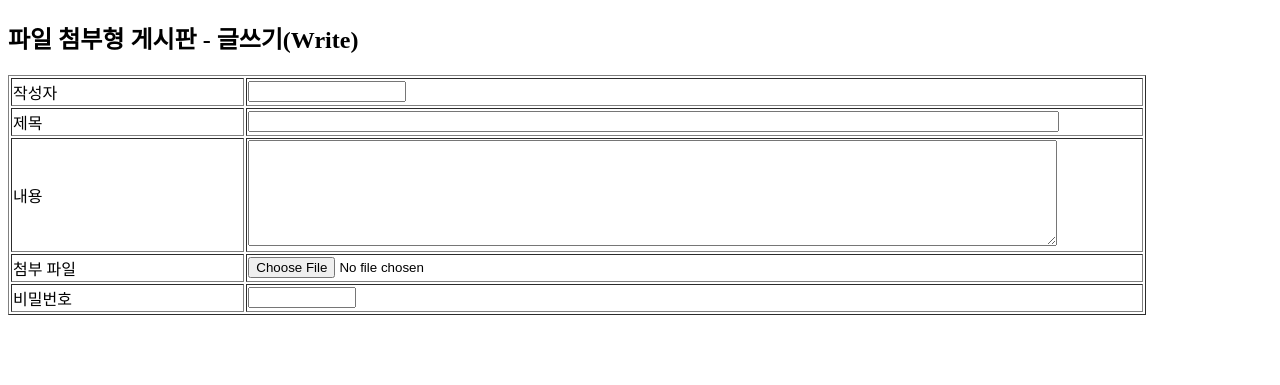
Repository: Suminmer/JSP-practice
Page: http://localhost/MustHaveJSP/mvcboard/write.do
An editor plug-in stored every save of this project. The page is shown before and after the next save, followed by the edit.
The browser window is 1280 px wide. The pictures show the whole page.
The page is served by Tomcat 9.

Above is the page before, as saved 2022-04-29 06:18:00.

After the next save:
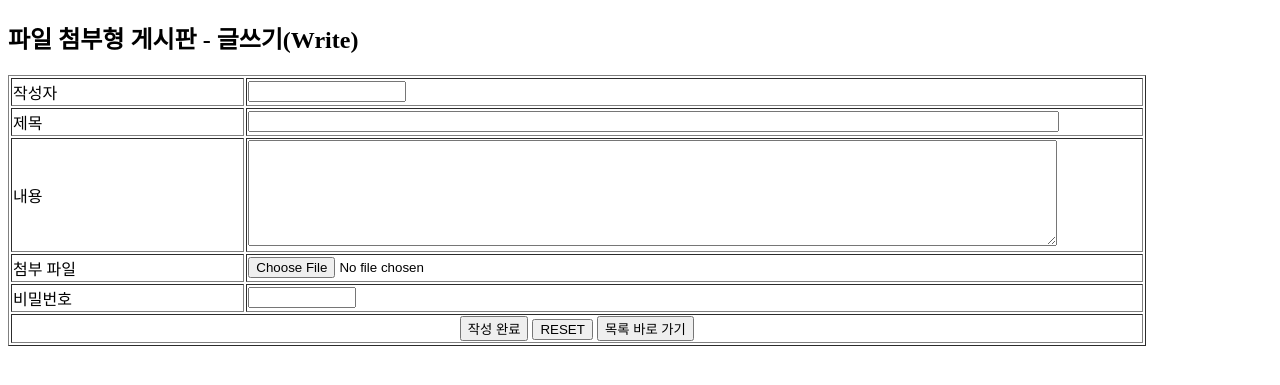
Saved 79 s later.
--- a/MustHaveJSP/src/main/webapp/14MVCBoard/Write.jsp
+++ b/MustHaveJSP/src/main/webapp/14MVCBoard/Write.jsp
@@ -56,6 +56,13 @@
 			<td>비밀번호</td>
 			<td><input type="password" name="pass" style="width: 100px;"/></td>
 		</tr>
+		<tr>
+			<td colspan="2" align="center">
+				<button type="submit">작성 완료</button>
+				<button type="reset">RESET</button>
+				<button type="button" onclick="location.href='../mvcboard/list.do';">목록 바로 가기</button>
+			</td>
+		</tr>
 	</table>
 
 	</form>
